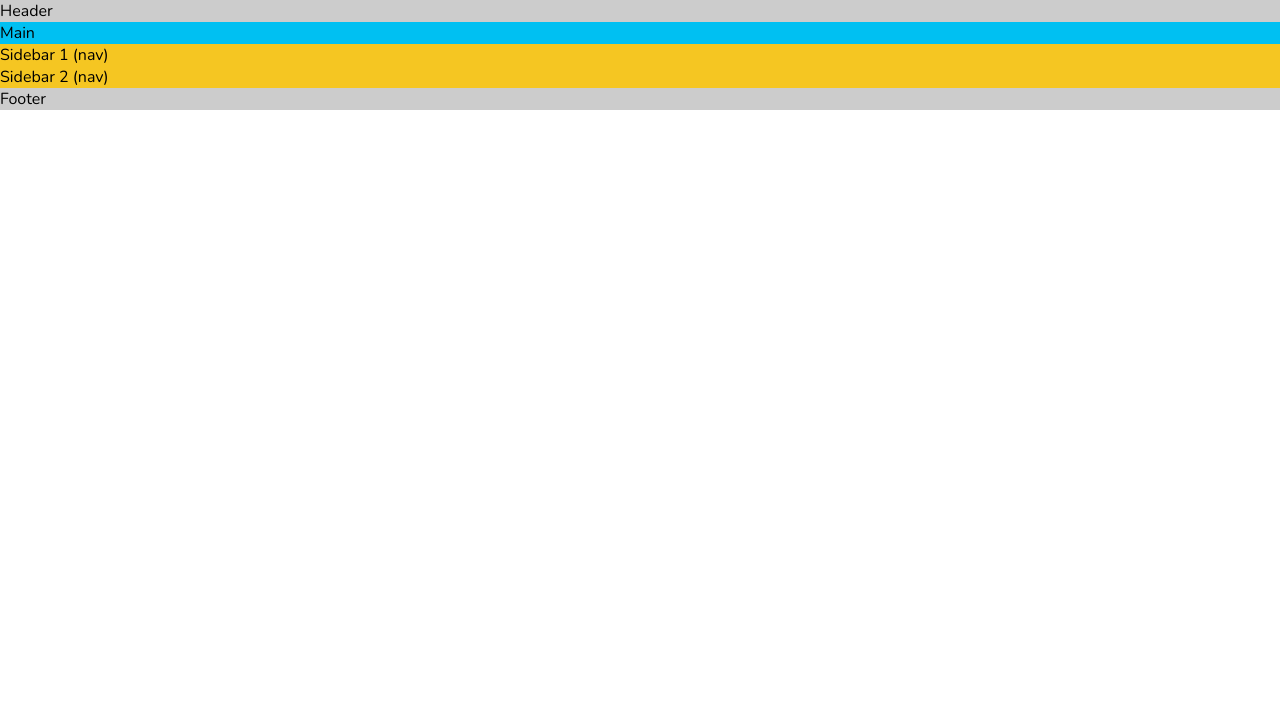
Repository: mariocapitbrok/css-combining-grid-and-flexbox-0105
Page: index.html
These files come from the project's save history. The page is drawn as it stood at one moment and after a run of saves; the edit follows.
The browser window is 1280 px wide. The pictures show the whole page.

Above is the page before, as saved 2022-10-06 14:10:12.

### index.html
<!DOCTYPE html>
<html lang="en">
<head>
    <meta charset="UTF-8">
    <meta name="viewport" content="width=device-width, initial-scale=1.0">
    <title>Basic responsive layout</title>
    <link rel="stylesheet" href="styles/base.css" type="text/css">
</head>
<body>
    <header>Header</header>
    <main>
        <article class="main">Main</article>
        <aside class="sidebar1">Sidebar 1 (nav)</aside>
        <aside class="sidebar2">Sidebar 2 (nav)</aside>
    </main>
    <footer>Footer</footer>
</body>
</html>

### styles/base.css
@import url('https://fonts.googleapis.com/css2?family=Nunito:ital,wght@0,300;0,400;0,700;0,900;1,600&display=swap');

* {
    margin: 0;
    padding: 0;
    font-family: 'Nunito', sans-serif;
    box-sizing: border-box;
}

body {
    display: flex;
    flex-direction: column;
    min-height: 100vh;
}

header {
    background-color: #CCC;
}

footer {
    background-color: #CCC;
}

main {}

article.main {
    background-color: #00C0F2;
}

aside {
    background-color: #F5C622;
}

After the next 2 saves:
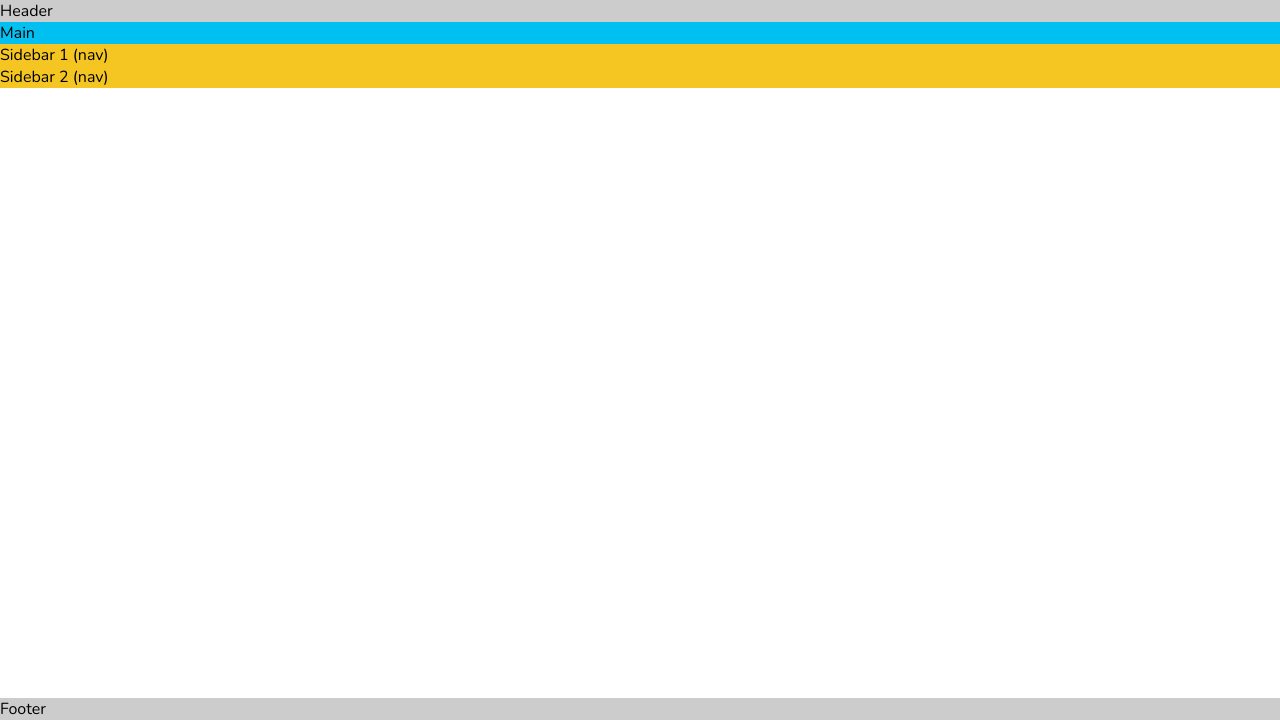
The 2 saves are shown as one change because they came seconds apart.
The last was saved 3 min 52 s later.
--- a/styles/base.css
+++ b/styles/base.css
@@ -21,7 +21,11 @@ footer {
     background-color: #CCC;
 }
 
-main {}
+main {
+    display: flex;
+    flex-direction: column;
+    flex: 1;
+}
 
 article.main {
     background-color: #00C0F2;
